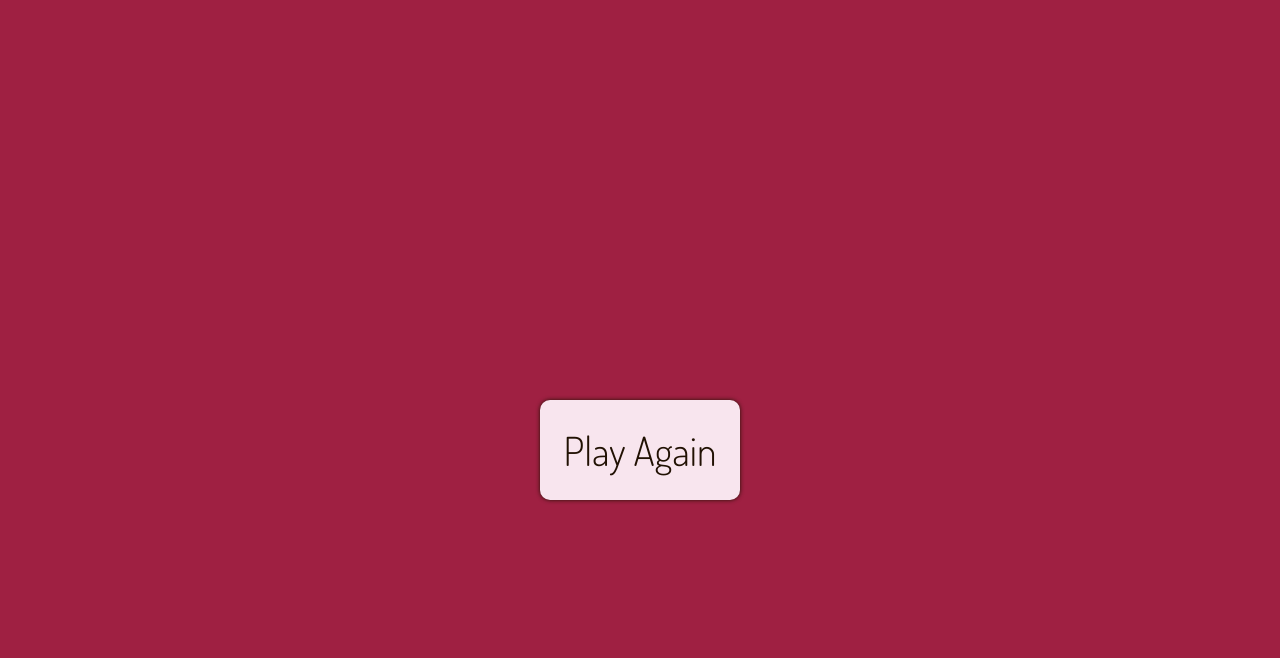
Repository: shayanabedi98/rock-paper-scissors
Page: winner.html
The author's editor kept a copy of each file at every save. The page is drawn from the files as they stood at one save, then again after the next save.
The browser window is 1280 px wide. The pictures show the whole page.

Above is the page before, as saved 2023-07-14 02:24:27.
Console error: TypeError: Cannot read properties of null (reading 'addEventListener')

After the next save:
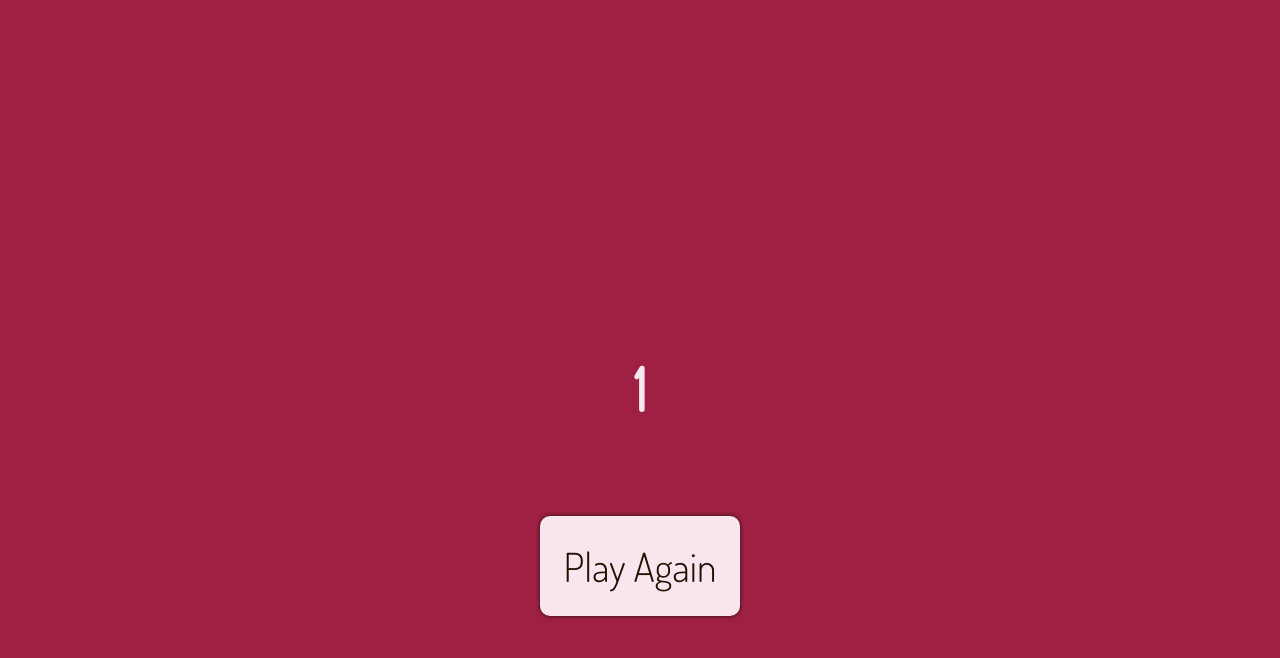
Saved 3 min 24 s later.
--- a/winner.html
+++ b/winner.html
@@ -11,7 +11,7 @@
 </head>
 <body>
     <div class="winner">
-        <h1></h1>
+        <h1>1</h1>
         <button id="winnerBTN">Play Again</button>
     </div>
     <script src="index.js"></script>

After the save that followed:
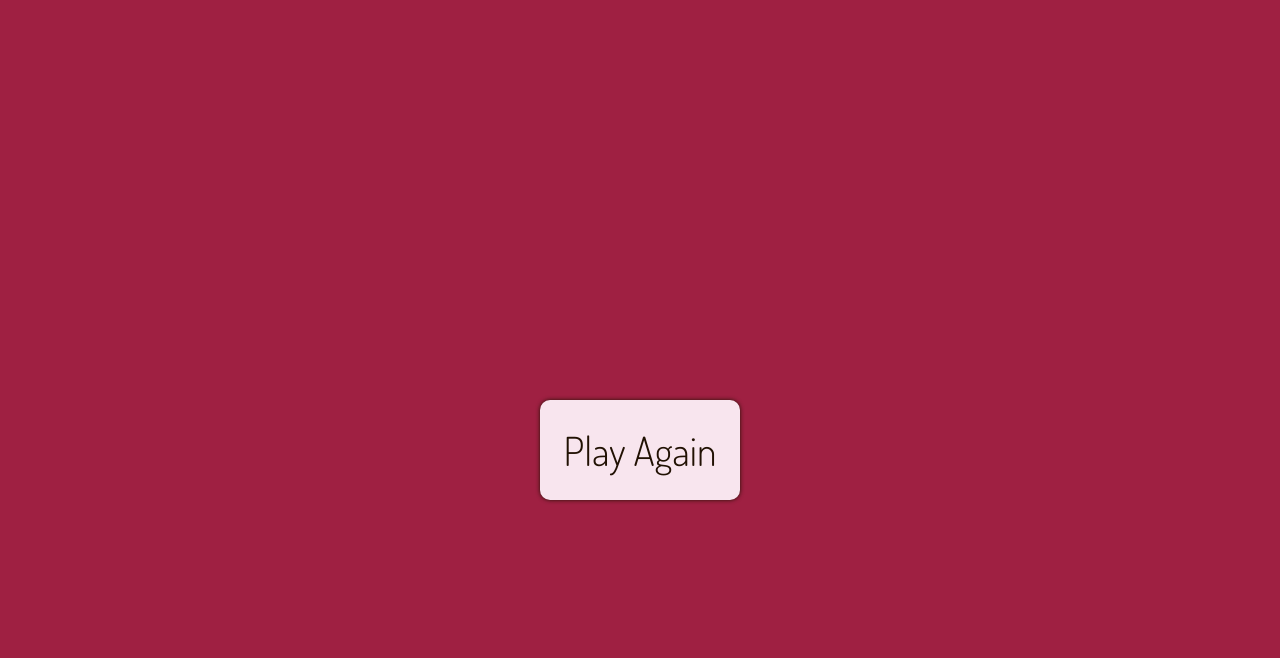
Saved 101 s later.
--- a/winner.html
+++ b/winner.html
@@ -11,7 +11,7 @@
 </head>
 <body>
     <div class="winner">
-        <h1>1</h1>
+        <h1></h1>
         <button id="winnerBTN">Play Again</button>
     </div>
     <script src="index.js"></script>
